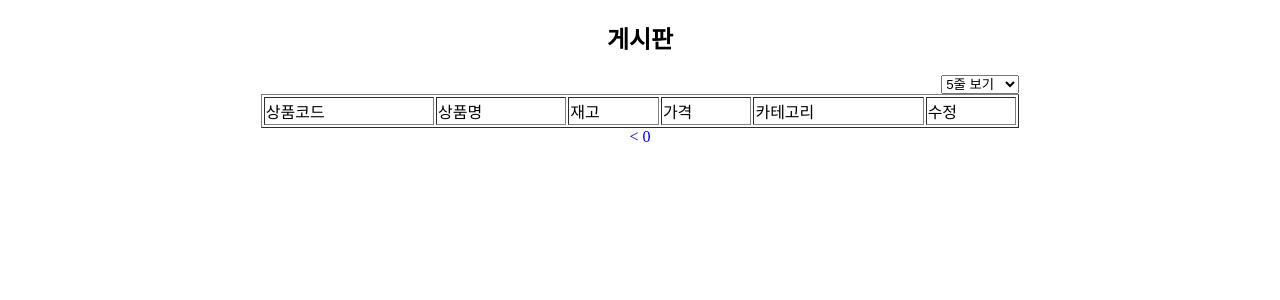
Repository: jjucc99/EZEN_PROJECT
Page: http://localhost/Project_Tea_party_12_21/WEB-INF/views/admin/admin_Item/item_list.jsp
An editor plug-in stored every save of this project. The page is shown before and after the next save, followed by the edit.
The browser window is 1280 px wide. The pictures show the whole page.
The page is served by Tomcat 9. Nobody is signed in. The template is opened directly, without the code that normally fills it, so the values that code supplies are empty.

Above is the page before, as saved 2021-12-22 07:15:34.

After the next save:
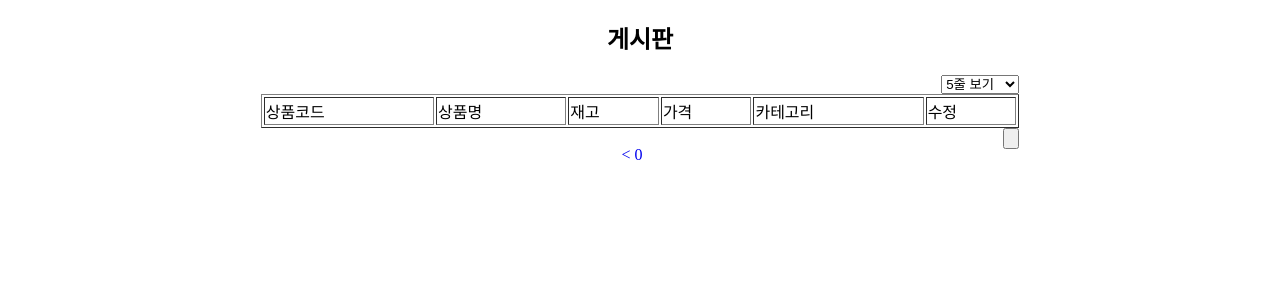
Saved 33 s later.
--- a/Project_Tea_party_12_21/src/main/webapp/WEB-INF/views/admin/admin_Item/item_list.jsp
+++ b/Project_Tea_party_12_21/src/main/webapp/WEB-INF/views/admin/admin_Item/item_list.jsp
@@ -66,7 +66,7 @@
 			</tr>
 		</c:forEach>
 	</table>
-	<!-- <input type="button" value="글쓰기" style="float: right;" onclick="location.href='/write'"><br> -->
+	<input type="button" value="" style="float: right;" onclick="location.href='/write'"><br>
 
 	<div style="display: block; text-align: center;">
 		<c:if test="${paging.startPage != 1 }">
